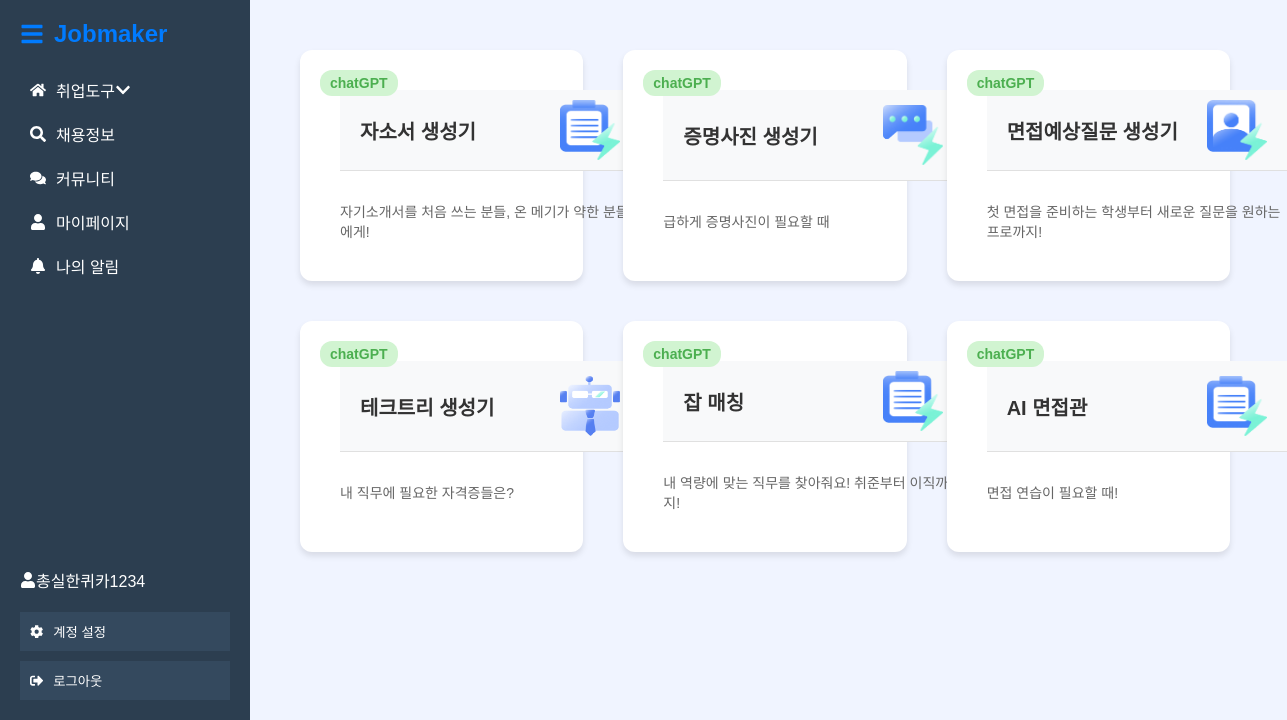
Repository: HSfac/jobmaker
Page: /main
The author's editor kept a copy of each file at every save. The page is drawn from the files as they stood at one save, then again after a run of saves.
The browser window is 1280 px wide. The page is 1287 px wide, so the pictures cover 1287 px, including what lies to the right of the window. The pictures show the whole page.
The project was rebuilt for these pictures with package versions that can differ from the ones it lists, and the page was loaded fresh each time. Also part of the build but not shown: src/components/Header.jsx, src/components/Footer.css, src/components/Footer.jsx, src/pages/LandingPage.jsx, src/pages/InfosPage.jsx, src/pages/CommunityPage.jsx, src/pages/MyPage.jsx, src/components/SocialLoginButton.css and 15 more.

Above is the page before, as saved 2024-07-13 18:19:15.

After the next 3 saves:
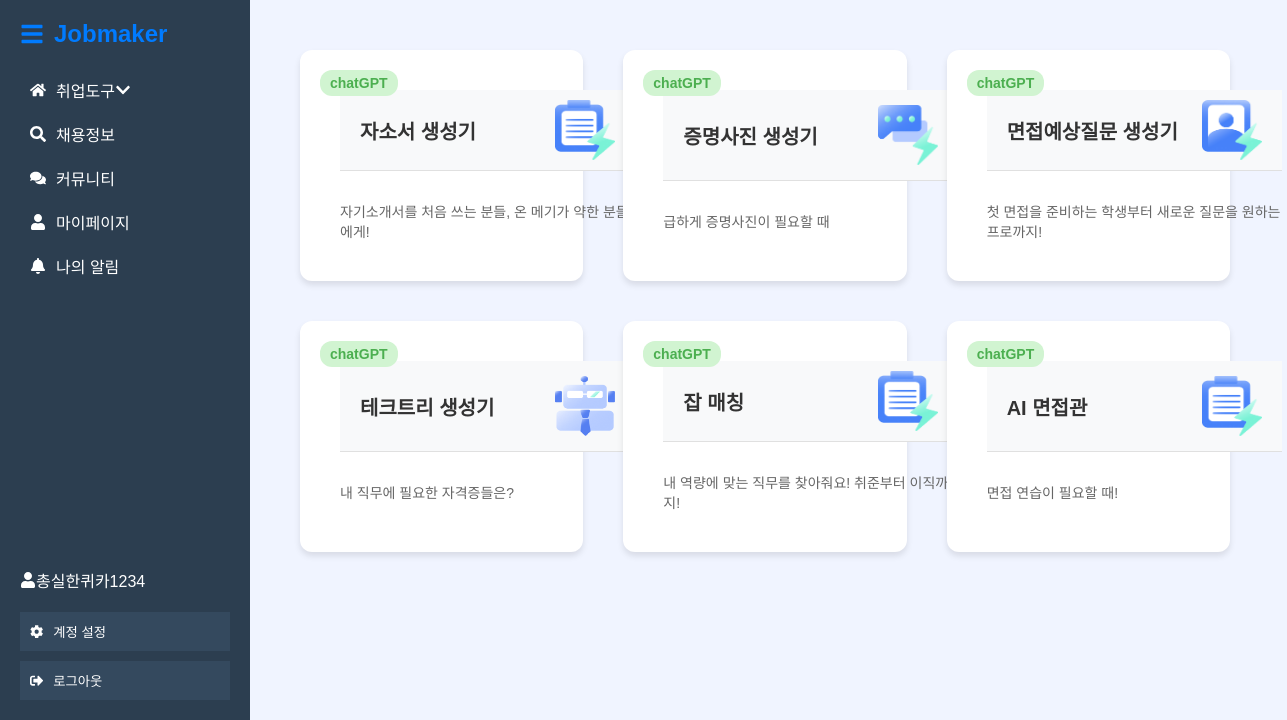
The 3 saves are shown as one change because they came seconds apart.
The last was saved 25 s later.
--- a/src/components/ToolCard.css
+++ b/src/components/ToolCard.css
@@ -36,6 +36,7 @@
 
 .header {
   display: flex;
+  margin-right: 5px;
 }
 
 .icon {
